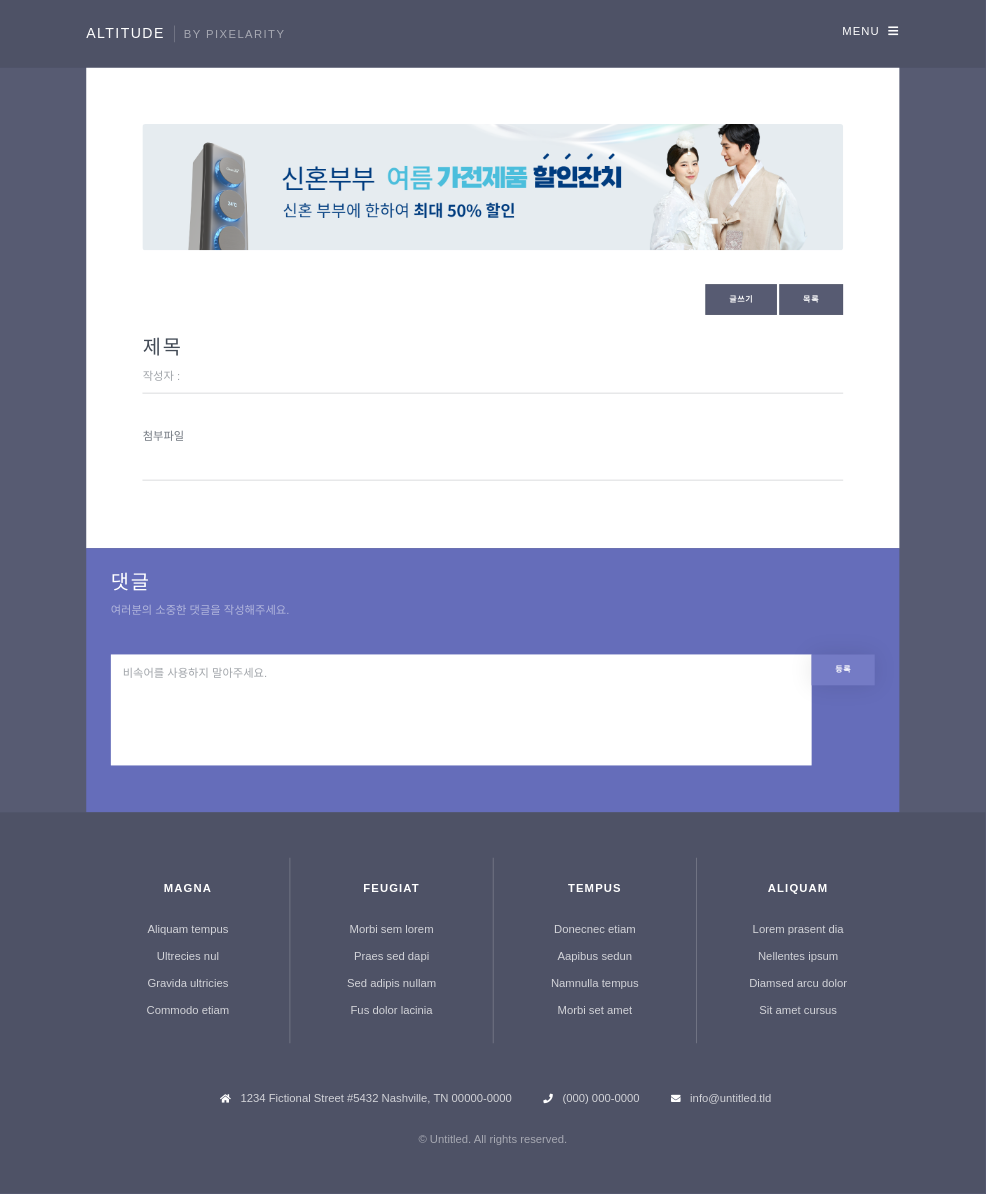
Repository: kkkukkk/Study-JSP
Page: http://localhost/boardMVC/app/board/boardDetail.jsp
The author's editor kept a copy of each file at every save. The page is drawn from the files as they stood at one save, then again after the next save.
The browser window is 1280 px wide. The pictures show the whole page, at 77% of full size.
Some web fonts or font styles are not loaded; a fallback is used. The page is served by Tomcat 9.

Above is the page before, as saved 2022-02-24 01:19:17.

After the next save:
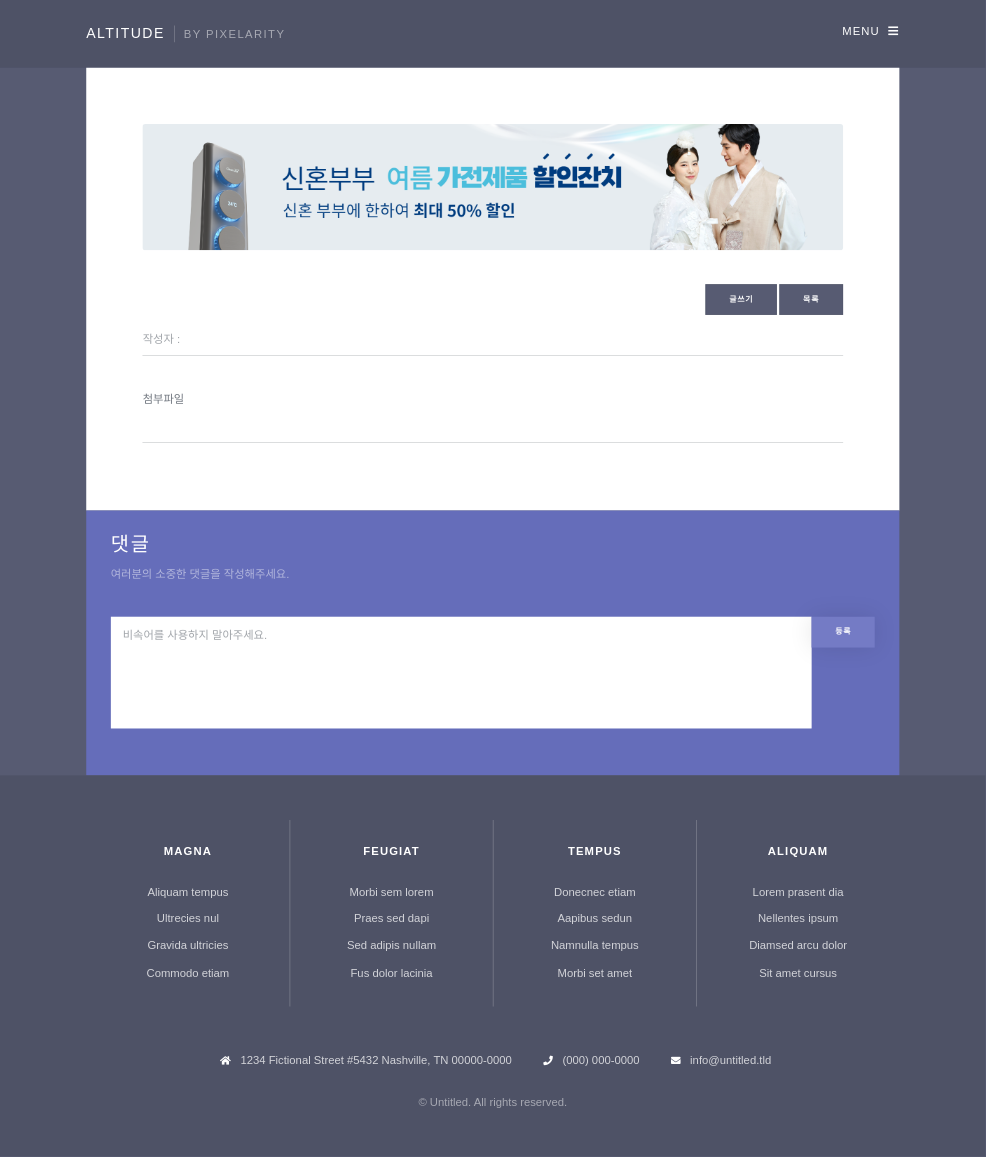
Saved 103 s later.
--- a/workspace/boardMVC/WebContent/app/board/boardDetail.jsp
+++ b/workspace/boardMVC/WebContent/app/board/boardDetail.jsp
@@ -70,7 +70,7 @@
                         </div>
                         <header class="major">
 
-                           <h2 style="text-align:left;">제목 ${board.getBoardTitle()}</h2>
+                           <h2 style="text-align:left;">${board.getBoardTitle()}</h2>
                            <p style="text-align:left; margin-bottom:1%">작성자 : ${board.getMemberId()}</p>
                         </header>
                         <hr style="margin-top:0;">
